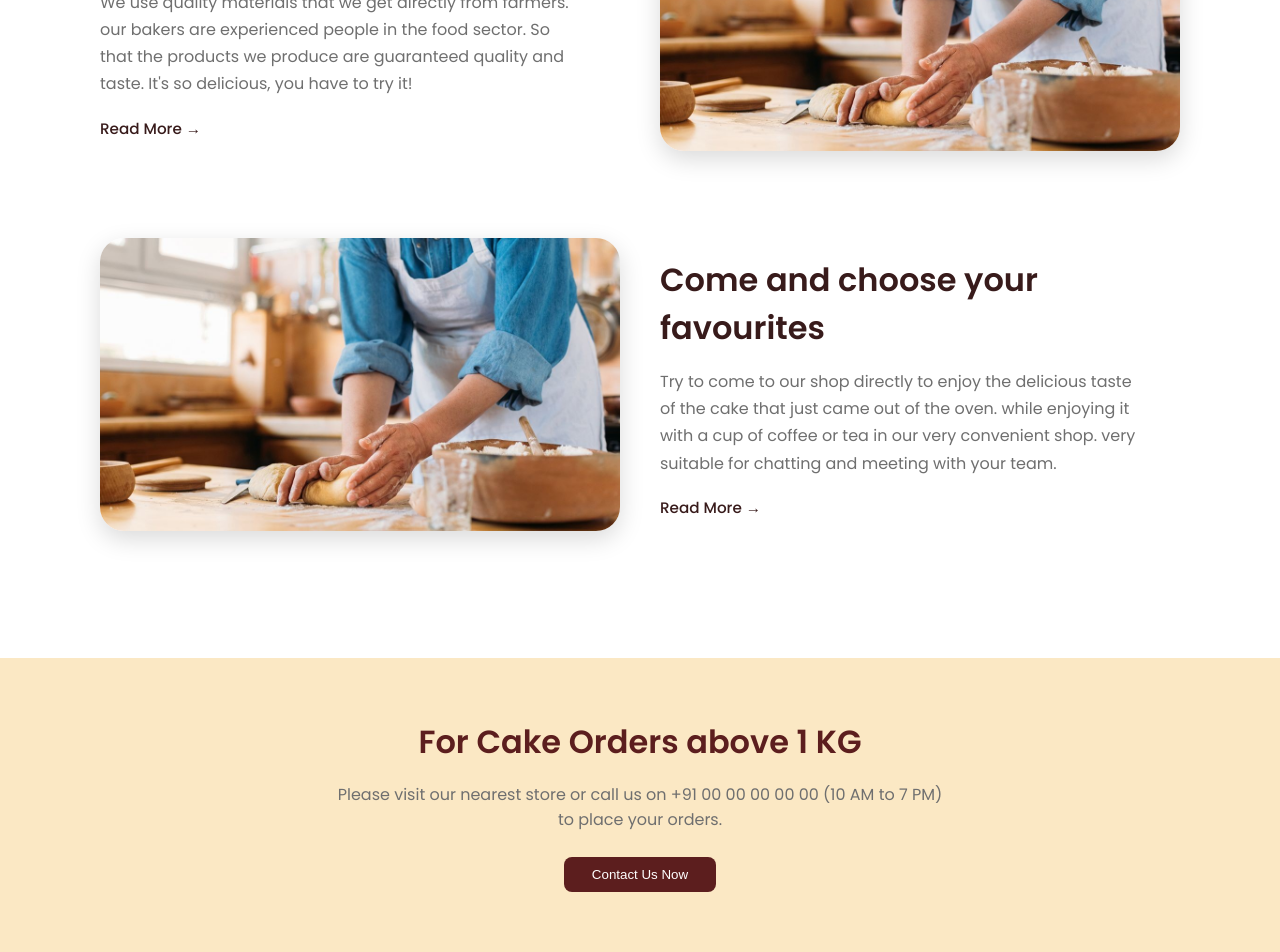
Repository: josegabrielzevallos/chocobrat-bakery-website
Page: index.html
These files come from the project's save history. The page is drawn as it stood at one moment and after the next save; the edit follows.
The browser window is 1280 px wide. The pictures show the part of the page from y = 1622 to 2574 px (the page is 2574 px tall).
A picture or video elsewhere on the page could not be fetched, so the positions and the page height are approximate.

Above is the page before, as saved 2025-11-20 16:01:37.

After the next save:
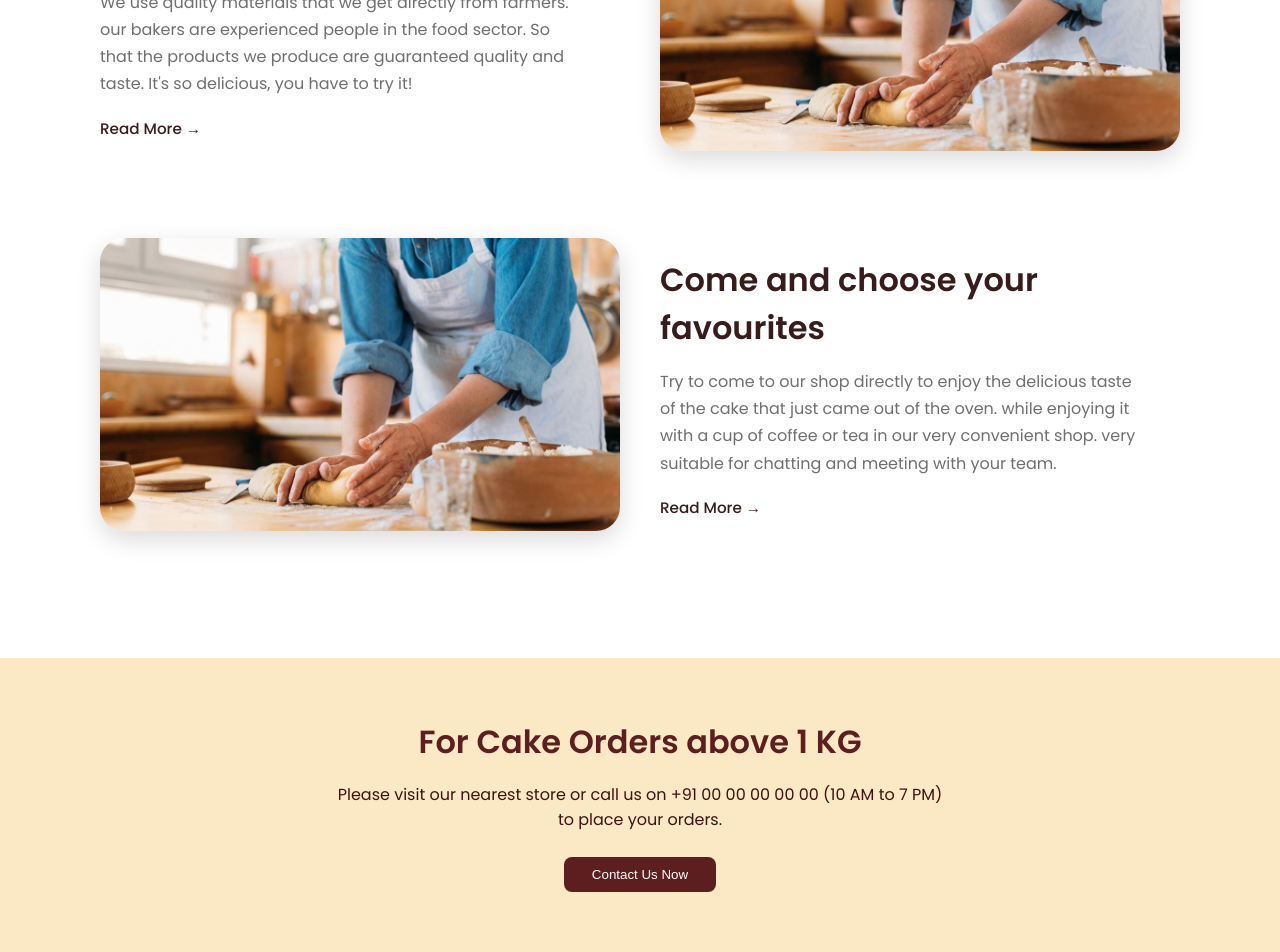
Saved 2 min 4 s later.
--- a/styles.css
+++ b/styles.css
@@ -297,7 +297,7 @@ header {
 }
 
 .order-banner p {
-    color: #6F6F6F;
+    color: #3e1212;
     line-height: 1.6;
     margin-bottom: 24px;
 }
